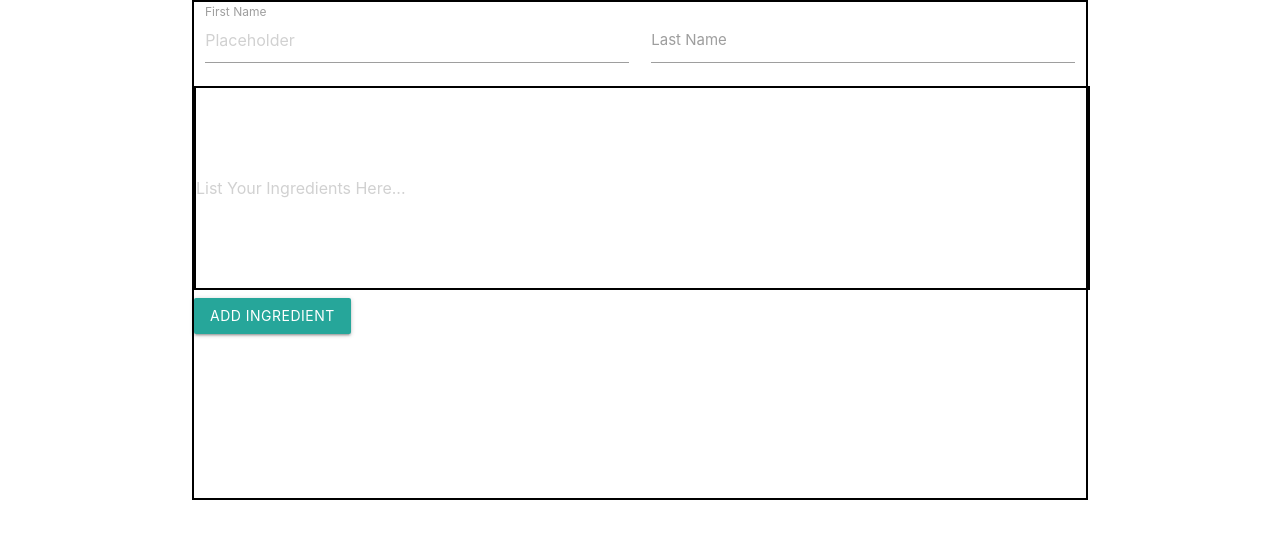
Repository: Aaron-R-Carter/Project1
Page: prototype.html
These files come from the project's save history. The page is drawn as it stood at one moment and after the next save; the edit follows.
The browser window is 1280 px wide. The pictures show the whole page.

Above is the page before, as saved 2019-10-31 21:03:55.
Console error: SyntaxError: Unexpected token '<'

After the next save:
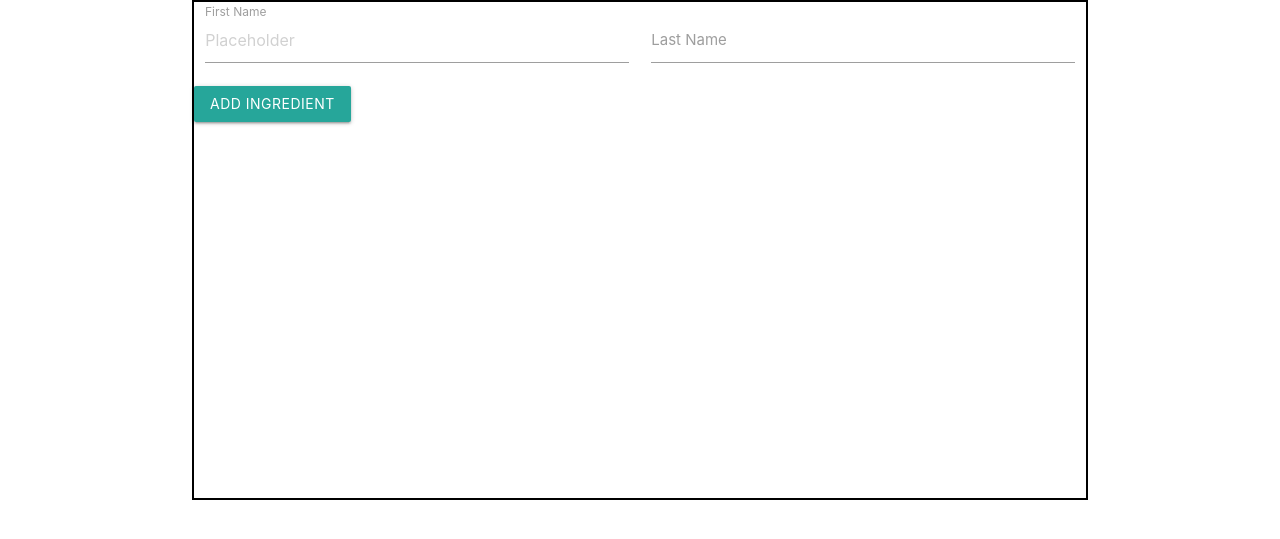
Saved 50 s later.
--- a/prototype.html
+++ b/prototype.html
@@ -27,7 +27,7 @@
                       </div>
         <form id="ingredient-form">
 
-            <input type="text" id="ingredient-input" placeholder="List Your Ingredients Here...">
+
 
             <!-- Button will trigger new ingredient to be added -->
             <input id="add " class="btn btn-primary mb-2" type="submit" value="add ingredient">
